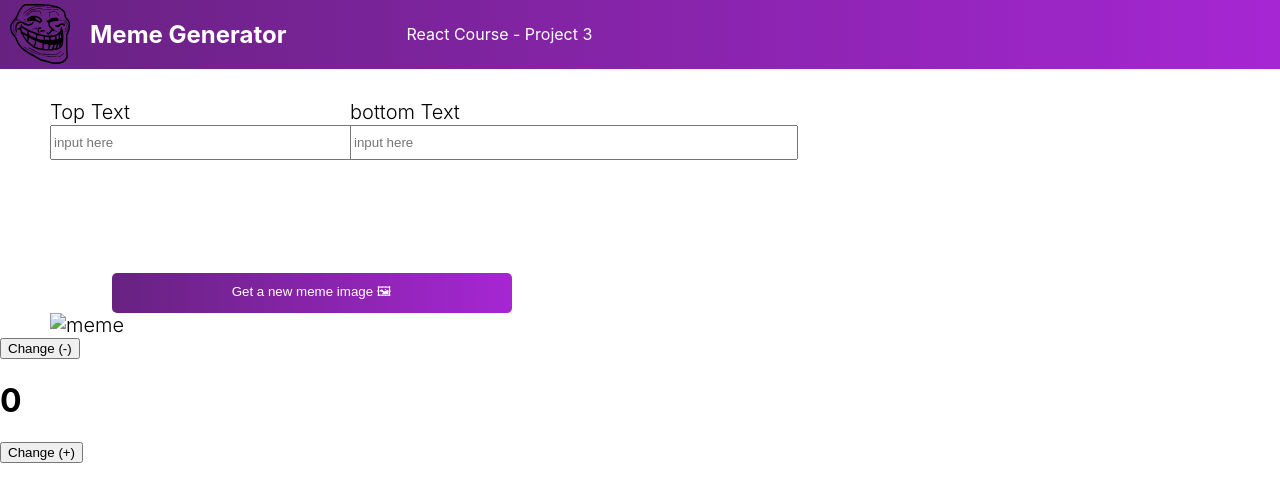
Repository: mortiestmorty1/meme-generator-react
Page: /
An editor plug-in stored every save of this project. The page is shown before and after the next save, followed by the edit.
The browser window is 1280 px wide. The pictures show the whole page.
The project was rebuilt for these pictures with package versions that can differ from the ones it lists, and the page was loaded fresh each time.

Above is the page before, as saved 2024-01-18 23:03:26.

After the next save:
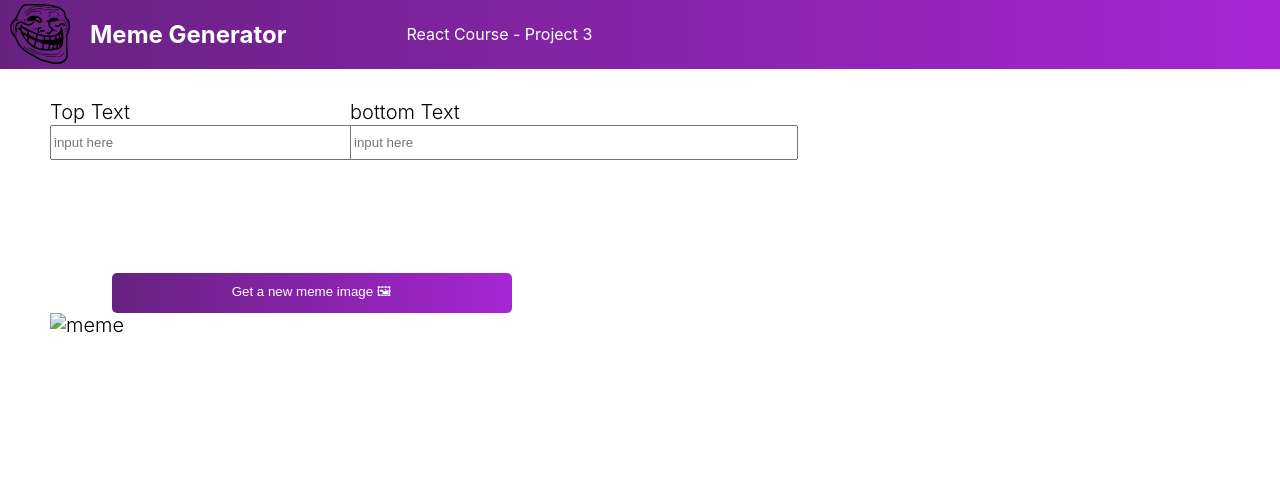
Saved 15 s later.
--- a/src/App.js
+++ b/src/App.js
@@ -5,20 +5,11 @@ import Navbar from "./components/Navbar";
 import Inputs from "./components/inputs";
 import { useState } from 'react';
 function App() {
-  const [counter , setCounter] = useState(0);
-  function Changeneg(){
-    setCounter(prevCounter => prevCounter - 1)
-  }
-  function Changepos(){
-    setCounter(prevCounter => prevCounter + 1)
-  }
+
   return (
     <div className="App">
       <Navbar />
       <Inputs />
-      <button onClick={Changeneg}>Change (-)</button>
-      <h1>{counter}</h1>
-      <button onClick={Changepos}>Change (+)</button>
     </div>
   );
 }
